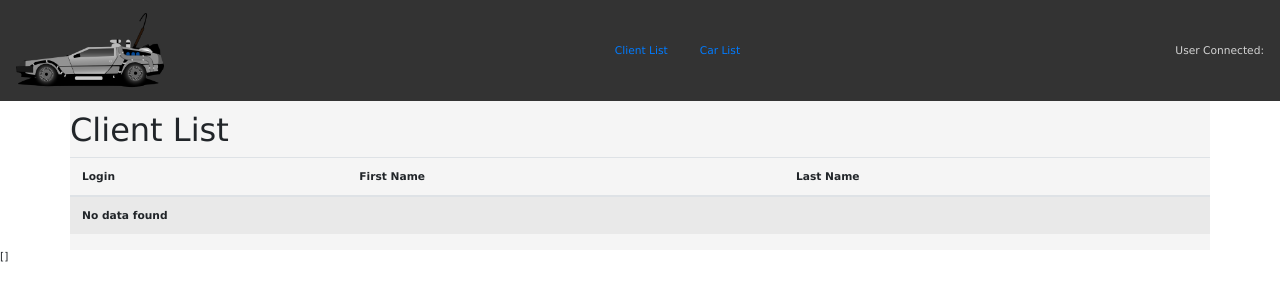
Repository: iamarnaud/tp_java_jee_CarRental
Page: http://localhost/VehicleRental/pages/clients.jsp
These files come from the project's save history. The page is drawn as it stood at one moment and after the next save; the edit follows.
The browser window is 1280 px wide. The pictures show the whole page.
The page is served by Tomcat 9. Queries for data that is not in the repository find no rows.

Above is the page before, as saved 2018-08-29 07:22:29.

After the next save:
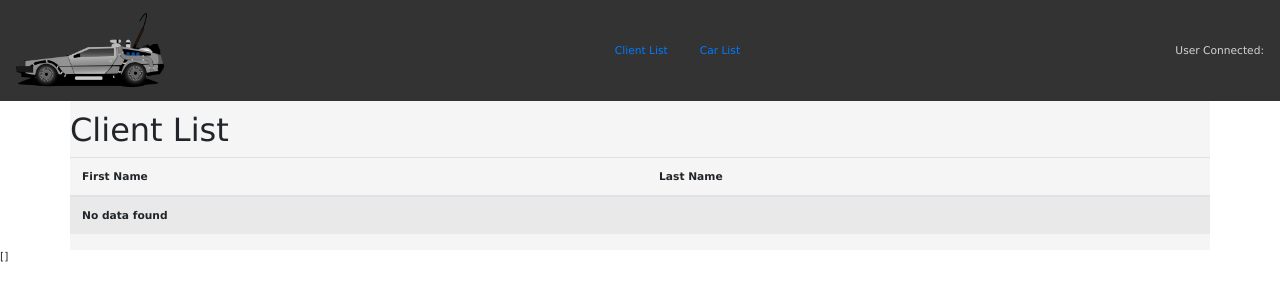
Saved 15 min 49 s later.
--- a/VehicleRental/WebContent/pages/clients.jsp
+++ b/VehicleRental/WebContent/pages/clients.jsp
@@ -14,7 +14,7 @@
 			<table id="userTable" class="table table-striped">
 				<thead>
 					<tr>
-						<th>Login</th>
+
 						<th>First Name</th>
 						<th>Last Name</th>
 					</tr>

After the save that followed:
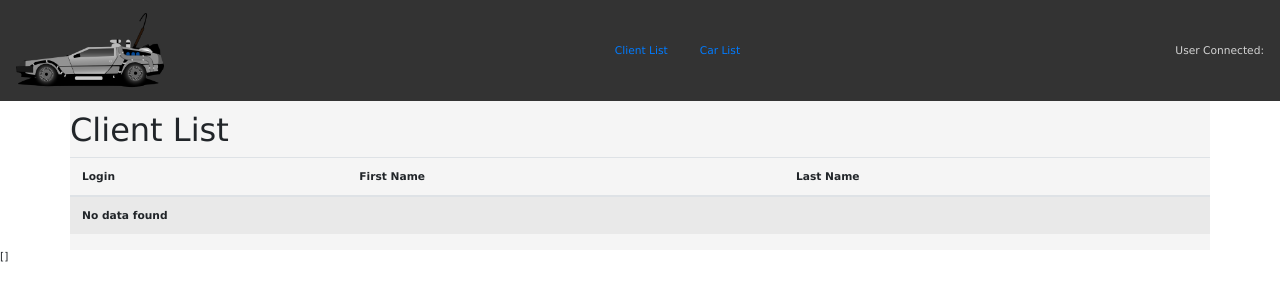
Saved 83 s later.
--- a/VehicleRental/WebContent/pages/clients.jsp
+++ b/VehicleRental/WebContent/pages/clients.jsp
@@ -14,7 +14,7 @@
 			<table id="userTable" class="table table-striped">
 				<thead>
 					<tr>
-
+						<th>Login</th>
 						<th>First Name</th>
 						<th>Last Name</th>
 					</tr>
